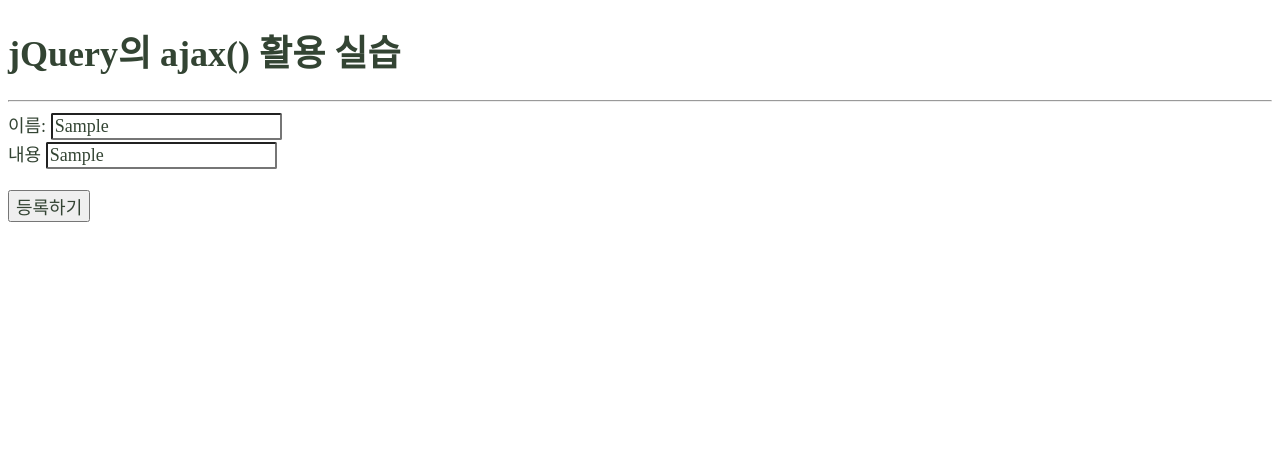
Repository: Jeong43/WebStudy
Page: http://localhost/AjaxJqueryApp04/AjaxTest03.jsp
These files come from the project's save history. The page is drawn as it stood at one moment and after the next save; the edit follows.
The browser window is 1280 px wide. The pictures show the whole page.
Empty fields were first filled with sample values (such as "Sample", 5 or name@example.com).
After loading, the first visible `#sendBtn` was clicked once.
The page is served by Tomcat 9.

Above is the page before, as saved 2021-12-08 01:39:11.

After the next save:
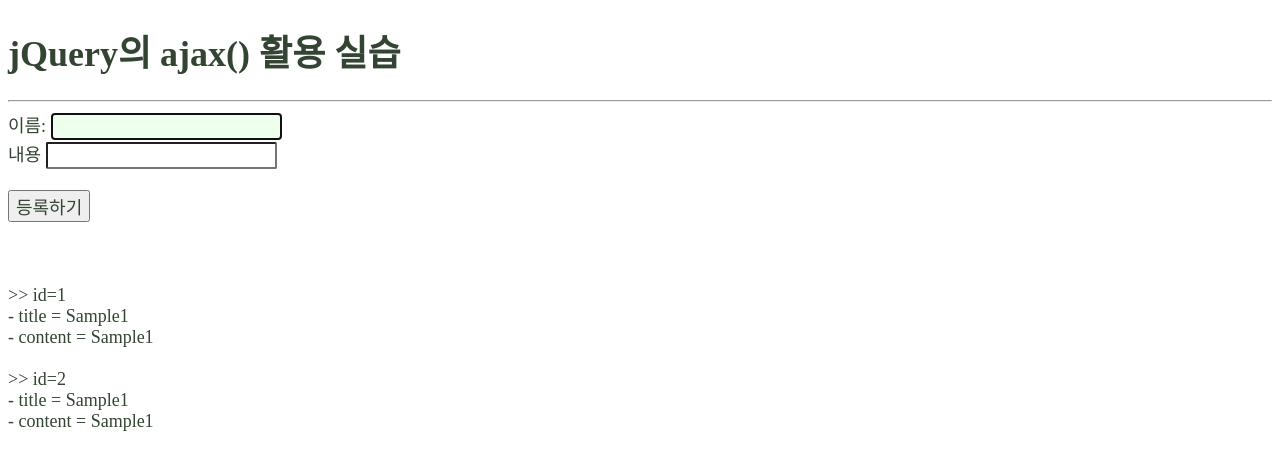
Saved 32 s later.
--- a/AjaxJqueryApp04/WebContent/AjaxTest03.jsp
+++ b/AjaxJqueryApp04/WebContent/AjaxTest03.jsp
@@ -70,10 +70,10 @@
 
 	function showRequest()
 	{
-		if (!$.trim($("#name").val()))
+		if (!$.trim($("#title").val()))
 		{
-			alert("이름을 입력해야 합니다.");
-			$("#name").focus();
+			alert("제목을 입력해야 합니다.");
+			$("#title").focus();
 
 			return false;
 		}
@@ -91,7 +91,7 @@
 </script>
 
 
-<title>AjaxTest01.jsp</title>
+<title>AjaxTest04.jsp</title>
 </head>
 <body>
 
